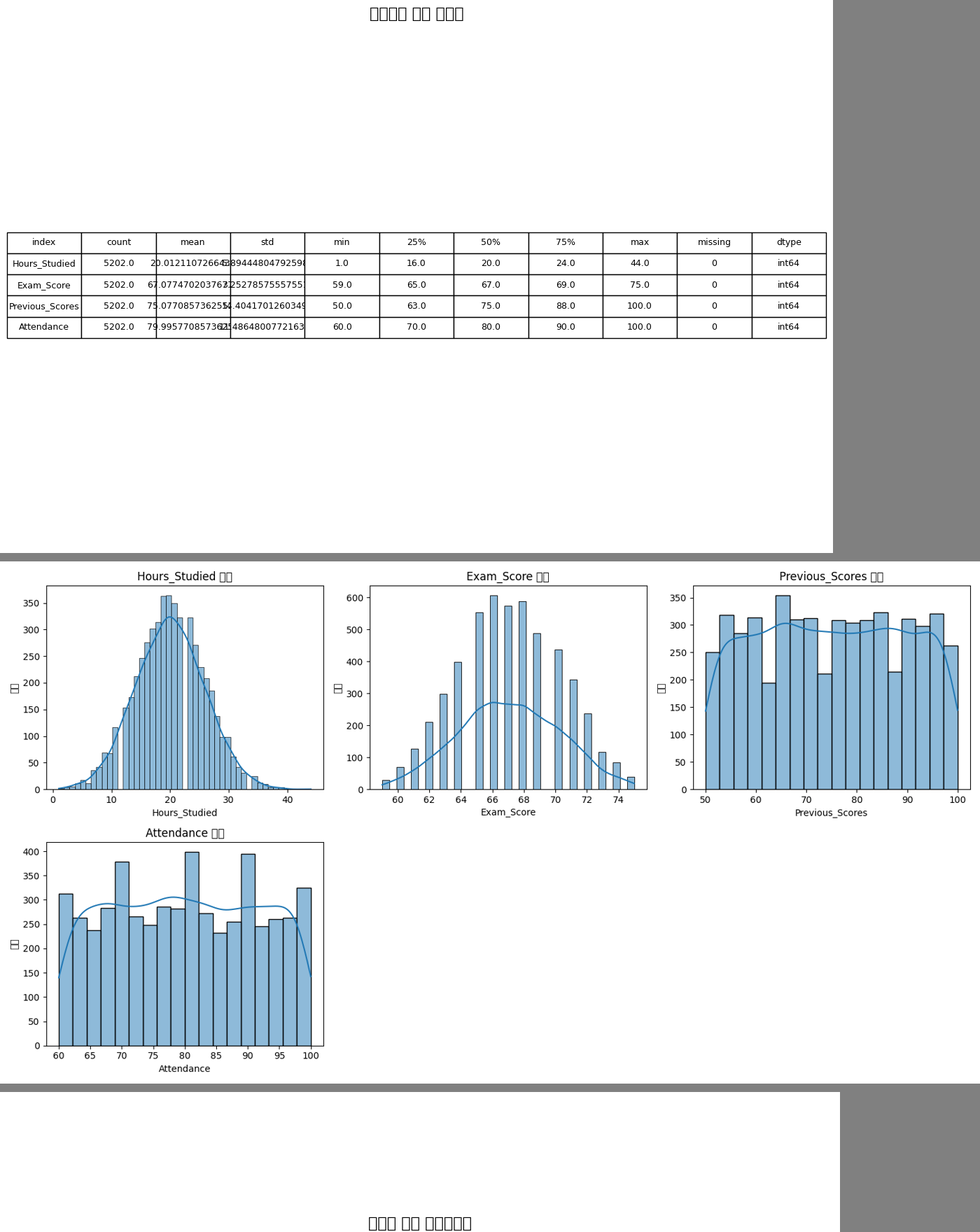
Repository: dldnwls07/BigDataStudy
Script's output: python src/visualization/create_presentation_visuals_fixed.py
These files come from the project's save history. The script's output is drawn as it stood at one moment and after the next save; the edit follows.
The pictures show rows 0 to 1760 of an output 5810 px tall, at 70% of full size.
Each picture stacks the figures in order, with grey between them; figures that are only written to a file come last. The script is stopped after its 8th figure. Figures wider than 1,400 px are first shrunk to that width. Random numbers start from a fixed seed.

Above is the script's output before, as saved 2025-06-19 20:59:48.

### src/visualization/create_presentation_visuals_fixed.py
import pandas as pd
import matplotlib.pyplot as plt
import matplotlib.font_manager as fm
import seaborn as sns
import numpy as np
import os
import sys
import io

# 한글 출력을 위한 인코딩 설정
sys.stdout = io.TextIOWrapper(sys.stdout.buffer, encoding='utf-8')

# 한글 폰트 설정
# Windows 기본 폰트인 맑은 고딕 사용
plt.rcParams['font.family'] = 'Malgun Gothic'
plt.rcParams['axes.unicode_minus'] = False  # 마이너스 기호 깨짐 방지

# 출력 디렉토리 생성
output_dir = "output/picture/presentation"
os.makedirs(output_dir, exist_ok=True)

# 데이터 불러오기
try:
    train_data = pd.read_csv("data/processed_data/TrainFactors.csv")
    test_data = pd.read_csv("data/processed_data/TestFactors.csv")
    print("데이터 로드 완료")
except Exception as e:
    print(f"데이터 로드 중 오류 발생: {e}")

# 데이터셋 기본 통계량 시각화
def create_dataset_summary(data, output_path):
    try:
        # 수치형 변수만 선택
        numeric_data = data.select_dtypes(include=['number'])

        # 기본 통계량 계산
        stats = numeric_data.describe().T
        stats['missing'] = numeric_data.isnull().sum()
        stats['dtype'] = numeric_data.dtypes

        # 그림 크기 설정
        plt.figure(figsize=(12, 8))
        ax = plt.subplot(111)
        ax.axis('off')

        # 테이블 생성
        table_data = stats.reset_index()
        table_cols = ['index', 'count', 'mean', 'std', 'min', '25%', '50%', '75%', 'max', 'missing', 'dtype']
        table = ax.table(cellText=table_data[table_cols].values,
                         colLabels=table_cols,
                         loc='center',
                         cellLoc='center')

        # 테이블 스타일 설정
        table.auto_set_font_size(False)
        table.set_fontsize(9)
        table.scale(1, 1.5)

        plt.title('데이터셋 기본 통계량', fontsize=16)
        plt.tight_layout()
        plt.savefig(output_path, dpi=300, bbox_inches='tight')
        plt.close()
        print(f"1. 데이터셋 기본 통계량 시각화 완료: {output_path}")
    except Exception as e:
        print(f"데이터셋 기본 통계량 시각화 중 오류 발생: {e}")

# 데이터 분포 시각화
def create_distribution_plots(data, output_path):
    try:
        # 수치형 변수 선택
        numeric_cols = data.select_dtypes(include=['number']).columns

        # 변수 수에 따라 행과 열 계산
        n_cols = len(numeric_cols)
        n_rows = (n_cols // 3) + (1 if n_cols % 3 > 0 else 0)

        # 그래프 생성
        fig, axes = plt.subplots(n_rows, 3, figsize=(15, n_rows * 4))
        axes = axes.flatten()

        for i, col in enumerate(numeric_cols):
            if i < len(axes):
                sns.histplot(data[col], kde=True, ax=axes[i])
                axes[i].set_title(f'{col} 분포')
                axes[i].set_xlabel(col)
                axes[i].set_ylabel('빈도')

        # 남은 축 숨기기
        for i in range(len(numeric_cols), len(axes)):
            axes[i].axis('off')

        plt.tight_layout()
        plt.savefig(output_path, dpi=300)
        plt.close()
        print(f"2. 데이터 분포 시각화 완료: {output_path}")
    except Exception as e:
        print(f"데이터 분포 시각화 중 오류 발생: {e}")

# 데이터 처리 과정 시각화
def create_data_pipeline_visualization(output_path):
    try:
        plt.figure(figsize=(12, 6))
        ax = plt.subplot(111)

        # 파이프라인 단계들
        steps = ['원본 데이터\nStudentPerformanceFactors.csv',
                 '중요 요인 추출\nImportantFactors.csv',
                 '이상치 제거\nImportantFactors_no_outliers.csv',
                 '데이터 분할\nTrainFactors.csv\nTestFactors.csv']

        # 박스 위치
        positions = np.arange(len(steps)) * 3

        # 박스 그리기
        for i, (pos, step) in enumerate(zip(positions, steps)):
            rect = plt.Rectangle((pos, 0.5), 2, 1, facecolor='skyblue', alpha=0.8)
            ax.add_patch(rect)
            ax.text(pos + 1, 1, step, ha='center', va='center', fontsize=10)

            # 화살표 그리기
            if i < len(steps) - 1:
                ax.arrow(pos + 2.1, 1, 0.8, 0, head_width=0.1, head_length=0.1,
                         fc='black', ec='black')

        ax.set_xlim(-0.5, max(positions) + 2.5)
        ax.set_ylim(0, 2)
        ax.set_aspect('equal')
        ax.axis('off')

        plt.title('데이터 처리 파이프라인', fontsize=16)
        plt.tight_layout()
        plt.savefig(output_path, dpi=300)
        plt.close()
        print(f"3. 데이터 처리 과정 시각화 완료: {output_path}")
    except Exception as e:
        print(f"데이터 처리 과정 시각화 중 오류 발생: {e}")

# 변수 중요도 시각화
def create_feature_importance_visualization(data, output_path):
    try:
        # 범주형 변수 처리 (범주형 변수가 있을 경우에만 실행)
        categorical_cols = data.select_dtypes(include=['object']).columns

        # 데이터 복사본 생성
        data_encoded = data.copy()

        # 범주형 변수 인코딩
        for col in categorical_cols:
            if col in data.columns:
                # 범주형 변수 처리
                if col == 'Learning_Disabilities':
                    data_encoded[col] = data_encoded[col].map({'Yes': 1, 'No': 0})
                elif col in ['Parental_Involvement', 'Motivation_Level', 'Access_to_Resources']:
                    data_encoded[col] = data_encoded[col].map({'High': 2, 'Medium': 1, 'Low': 0})

        # 결측값 처리
        data_encoded = data_encoded.select_dtypes(include=['number']).fillna(0)

        # 상관관계 계산
        target = 'Exam_Score'
        if target in data_encoded.columns:
            correlations = data_encoded.corr()[target].sort_values(ascending=False)
            correlations = correlations.drop(target)  # 타겟 변수 자신 제거

            # 상위 10개 변수 선택 (또는 전체 변수가 10개 미만이면 전체 사용)
            top_count = min(10, len(correlations))
            top_correlations = correlations.abs().nlargest(top_count)
            top_features = top_correlations.index

            plt.figure(figsize=(10, 8))
            colors = ['green' if c > 0 else 'red' for c in correlations[top_features]]

            # 바 차트 생성
            bars = plt.barh(top_features, correlations[top_features], color=colors)

            # 바 위에 값 표시
            for bar in bars:
                width = bar.get_width()
                label_x_pos = width if width > 0 else width - 0.05
                plt.text(label_x_pos, bar.get_y() + bar.get_height()/2, f'{width:.2f}',
                         va='center', ha='left' if width > 0 else 'right', color='black')

            plt.title('시험 점수와 주요 변수들의 상관관계', fontsize=16)
            plt.xlabel('상관계수')
            plt.tight_layout()
            plt.savefig(output_path, dpi=300)
            plt.close()
            print(f"4. 변수 중요도 시각화 완료: {output_path}")
        else:
            print(f"타겟 변수 '{target}'가 데이터에 없습니다")
    except Exception as e:
        print(f"변수 중요도 시각화 중 오류 발생: {e}")

# 신경망 모델 구조 시각화
def create_neural_network_architecture(output_path):
    try:
        plt.figure(figsize=(12, 8))
        ax = plt.subplot(111)

        # 레이어와 노드 수 정의
        layers = [
            {'name': 'Input Layer', 'nodes': 12},  # 입력 변수 수는 데이터에 맞게 조정
            {'name': 'Hidden Layer 1', 'nodes': 256},
            {'name': 'Hidden Layer 2', 'nodes': 128},
            {'name': 'Hidden Layer 3', 'nodes': 64},
            {'name': 'Hidden Layer 4', 'nodes': 32},
            {'name': 'Output Layer', 'nodes': 1}
        ]

        # 각 레이어 위치 계산
        layer_width = 1.5
        x_positions = [i * layer_width * 2 for i in range(len(layers))]
        max_nodes = max(layer['nodes'] for layer in layers)

        # 레이어와 노드 그리기
        for i, (x, layer) in enumerate(zip(x_positions, layers)):
            # 레이어 이름
            ax.text(x, -0.5, layer['name'], ha='center', fontsize=11)

            # 노드 그리기 (일부 노드만 그리고 나머지는 생략 표시)
            max_visible_nodes = 10
            nodes_to_draw = min(layer['nodes'], max_visible_nodes)

            for j in range(nodes_to_draw):
                # 노드 위치 계산 (중앙 정렬)
                y = (max_nodes - layer['nodes']) / 2 + j
                if nodes_to_draw < layer['nodes'] and j == nodes_to_draw - 1:
                    # 생략 표시
                    ax.text(x, y, '...', ha='center', va='center', fontsize=18)
                else:
                    # 노드 그리기
                    circle = plt.Circle((x, y), 0.1, facecolor='skyblue', edgecolor='blue')
                    ax.add_patch(circle)

                # 이전 레이어와 연결선 그리기 (첫 번째 레이어 제외)
                if i > 0:
                    prev_layer = layers[i-1]
                    prev_x = x_positions[i-1]
                    prev_nodes_to_draw = min(prev_layer['nodes'], max_visible_nodes)

                    for k in range(prev_nodes_to_draw):
                        prev_y = (max_nodes - prev_layer['nodes']) / 2 + k
                        if prev_nodes_to_draw < prev_layer['nodes'] and k == prev_nodes_to_draw - 1:
                            continue  # 생략된 노드는 연결선 그리지 않음

                        # 모든 연결을 그리면 복잡해지므로 일부만 그림
                        if (j % 3 == 0 and k % 3 == 0) or (i == len(layers) - 1):
                            ax.plot([prev_x, x], [prev_y, y], 'gray', alpha=0.3, linewidth=0.5)

            # 활성화 함수와 Dropout 표시
            if 0 < i < len(layers) - 1:
                ax.text(x, max_nodes + 0.5, 'ReLU', ha='center', color='green', fontsize=9)
                ax.text(x, max_nodes + 1, f'Dropout ({0.3 if i==1 else 0.2 if i==2 else 0.1})', ha='center', color='red', fontsize=9)
                ax.text(x, max_nodes + 1.5, 'BatchNorm', ha='center', color='purple', fontsize=9)

        ax.set_xlim(-0.5, max(x_positions) + 0.5)
        ax.set_ylim(-1, max_nodes + 2)
        ax.axis('off')

        plt.title('심층 신경망(DNN) 모델 구조', fontsize=16)
        plt.tight_layout()
        plt.savefig(output_path, dpi=300)
        plt.close()
        print(f"5. 신경망 모델 구조 시각화 완료: {output_path}")
    except Exception as e:
        print(f"신경망 모델 구조 시각화 중 오류 발생: {e}")

# 모델 성능 평가 지표 시각화
def create_model_performance_visualization(output_path):
    try:
        # 성능 지표 (실제 값으로 대체)
        metrics = {
            'R² Score': 0.7803,
            'MSE': 2.2863,
            'MAE': 1.2064,
            'MAPE (%)': 1.80
        }

        plt.figure(figsize=(10, 6))

        # 바 차트 생성
        bars = plt.bar(metrics.keys(), metrics.values(), color=['green', 'red', 'orange', 'purple'])

        # 바 위에 값 표시
        for bar in bars:
            height = bar.get_height()
            plt.text(bar.get_x() + bar.get_width()/2., height + 0.05,
                    f'{height:.4f}', ha='center', va='bottom')

        plt.title('모델 성능 평가 지표', fontsize=16)
        plt.ylabel('값')
        plt.ylim(0, max(metrics.values()) * 1.2)  # 여유 공간 확보

        # 각 지표에 대한 설명 추가
        descriptions = {
            'R² Score': '설명된 분산 비율\n(높을수록 좋음)',
            'MSE': '평균 제곱 오차\n(낮을수록 좋음)',
            'MAE': '평균 절대 오차\n(낮을수록 좋음)',
            'MAPE (%)': '평균 절대 백분율 오차\n(낮을수록 좋음)'
        }

        for i, (metric, desc) in enumerate(descriptions.items()):
            plt.annotate(desc, xy=(i, 0), xytext=(i, -0.2),
                       ha='center', va='top', fontsize=8)

        plt.tight_layout()
        plt.savefig(output_path, dpi=300)
        plt.close()
        print(f"6. 모델 성능 평가 지표 시각화 완료: {output_path}")
    except Exception as e:
        print(f"모델 성능 평가 지표 시각화 중 오류 발생: {e}")

# 주요 발견점 및 시사점 인포그래픽
def create_key_findings_visualization(output_path):
    try:
        plt.figure(figsize=(12, 8))
        ax = plt.subplot(111)
        ax.axis('off')

        # 배경색 설정
        fig = plt.gcf()
        fig.patch.set_facecolor('#f5f5f5')

        # 제목
        plt.text(0.5, 0.95, '주요 발견점 및 시사점', fontsize=18, ha='center', weight='bold')

        # 주요 발견점
        findings = [
            "공부 시간은 성적과 강한 양의 상관관계 (r=0.65)",
            "이전 시험 성적은 현재 성적의 가장 강력한 예측 변수 (r=0.78)",
            "높은 학습 의욕은 성적 향상에 중요한 요소",
            "학습 자원 접근성이 높을수록 성적이 좋음",
            "부모 참여도가 높을수록 공부 시간 효율이 증가"
        ]

        # 교육적 시사점
        implications = [
            "학생 의욕 고취 및 자원 접근성 개선이 중요",
            "가정-학교 연계 프로그램 개발 필요",
            "초기 학업 부진 학생 조기 식별 및 개입",
            "맞춤형 학습 지원 시스템 개발 가능성",
            "데이터 기반 교육 의사결정의 효과 입증"
        ]

        # 왼쪽 컬럼: 주요 발견점
        plt.text(0.25, 0.85, '주요 발견점', fontsize=14, ha='center', weight='bold')
        for i, finding in enumerate(findings):
            y_pos = 0.8 - i * 0.07
            plt.text(0.05, y_pos, f"• {finding}", fontsize=11, ha='left')

        # 오른쪽 컬럼: 교육적 시사점
        plt.text(0.75, 0.85, '교육적 시사점', fontsize=14, ha='center', weight='bold')
        for i, implication in enumerate(implications):
            y_pos = 0.8 - i * 0.07
            plt.text(0.55, y_pos, f"• {implication}", fontsize=11, ha='left')

        # 하단: 모델 성능 요약
        plt.text(0.5, 0.45, '모델 성능', fontsize=14, ha='center', weight='bold')
        plt.text(0.5, 0.4, 'R² = 0.78, MAPE = 1.80%의 높은 예측 정확도', fontsize=12, ha='center')

        # 분할선
        plt.axhline(y=0.5, xmin=0.05, xmax=0.95, color='gray', alpha=0.3, linestyle='-')
        plt.axvline(x=0.5, ymin=0.55, ymax=0.9, color='gray', alpha=0.3, linestyle='-')

        # 결론
        plt.text(0.5, 0.35, '결론', fontsize=14, ha='center', weight='bold')
        plt.text(0.5, 0.3, '학생 성적은 다양한 요인들의 복합적 영향을 받으며,', fontsize=11, ha='center')
        plt.text(0.5, 0.25, '이를 통합적으로 고려한 데이터 기반 교육 지원이 필요하다.', fontsize=11, ha='center')
        plt.text(0.5, 0.2, '심층 신경망 기반 예측 모델은 학생 성취도 예측에 높은 정확도를 보여,', fontsize=11, ha='center')
        plt.text(0.5, 0.15, '개인화된 학습 지원 시스템 구축의 가능성을 제시한다.', fontsize=11, ha='center')

        plt.tight_layout()
        plt.savefig(output_path, dpi=300, bbox_inches='tight')
        plt.close()
        print(f"7. 주요 발견점 및 시사점 인포그래픽 완료: {output_path}")
    except Exception as e:
        print(f"주요 발견점 및 시사점 인포그래픽 생성 중 오류 발생: {e}")

# 학습 데이터와 테스트 데이터의 분포 비교
def create_train_test_distribution_comparison(train_data, test_data, output_path):
    try:
        plt.figure(figsize=(10, 6))

        # 히스토그램 그리기
        plt.hist(train_data['Exam_Score'], bins=20, alpha=0.5, label='학습 데이터', color='blue')
        plt.hist(test_data['Exam_Score'], bins=20, alpha=0.5, label='테스트 데이터', color='orange')

        plt.title('학습 데이터와 테스트 데이터의 시험 점수 분포 비교', fontsize=14)
        plt.xlabel('시험 점수')
        plt.ylabel('빈도')
        plt.legend()
        plt.grid(True, alpha=0.3)

        plt.tight_layout()
        plt.savefig(output_path, dpi=300)
        plt.close()
        print(f"8. 학습/테스트 데이터 분포 비교 완료: {output_path}")
    except Exception as e:
        print(f"학습/테스트 데이터 분포 비교 생성 중 오류 발생: {e}")

# 실행
if __name__ == "__main__":
    try:
        # 1. 데이터셋 기본 통계량
        create_dataset_summary(train_data, f"{output_dir}/dataset_summary.png")

        # 2. 변수 분포 히스토그램
        create_distribution_plots(train_data, f"{output_dir}/variable_distributions.png")

        # 3. 데이터 처리 과정 시각화
        create_data_pipeline_visualization(f"{output_dir}/data_pipeline.png")

        # 4. 변수 중요도 시각화
        create_feature_importance_visualization(train_data, f"{output_dir}/feature_importance.png")

        # 5. 신경망 구조 시각화
        create_neural_network_architecture(f"{output_dir}/neural_network_architecture.png")

        # 6. 모델 성능 평가 지표
        create_model_performance_visualization(f"{output_dir}/model_performance.png")

        # 7. 주요 발견점 및 시사점
        create_key_findings_visualization(f"{output_dir}/key_findings.png")

        # 8. 학습/테스트 데이터 분포 비교
        create_train_test_distribution_comparison(train_data, test_data, f"{output_dir}/train_test_distribution.png")

        print("모든 시각화 생성 완료!")
    except Exception as e:
        print(f"실행 중 오류 발생: {e}")

Loaded but not shown: data/processed_data/TrainFactors.csv (5203 lines, source omitted); data/processed_data/TestFactors.csv (1302 lines, source omitted)

After the next save:
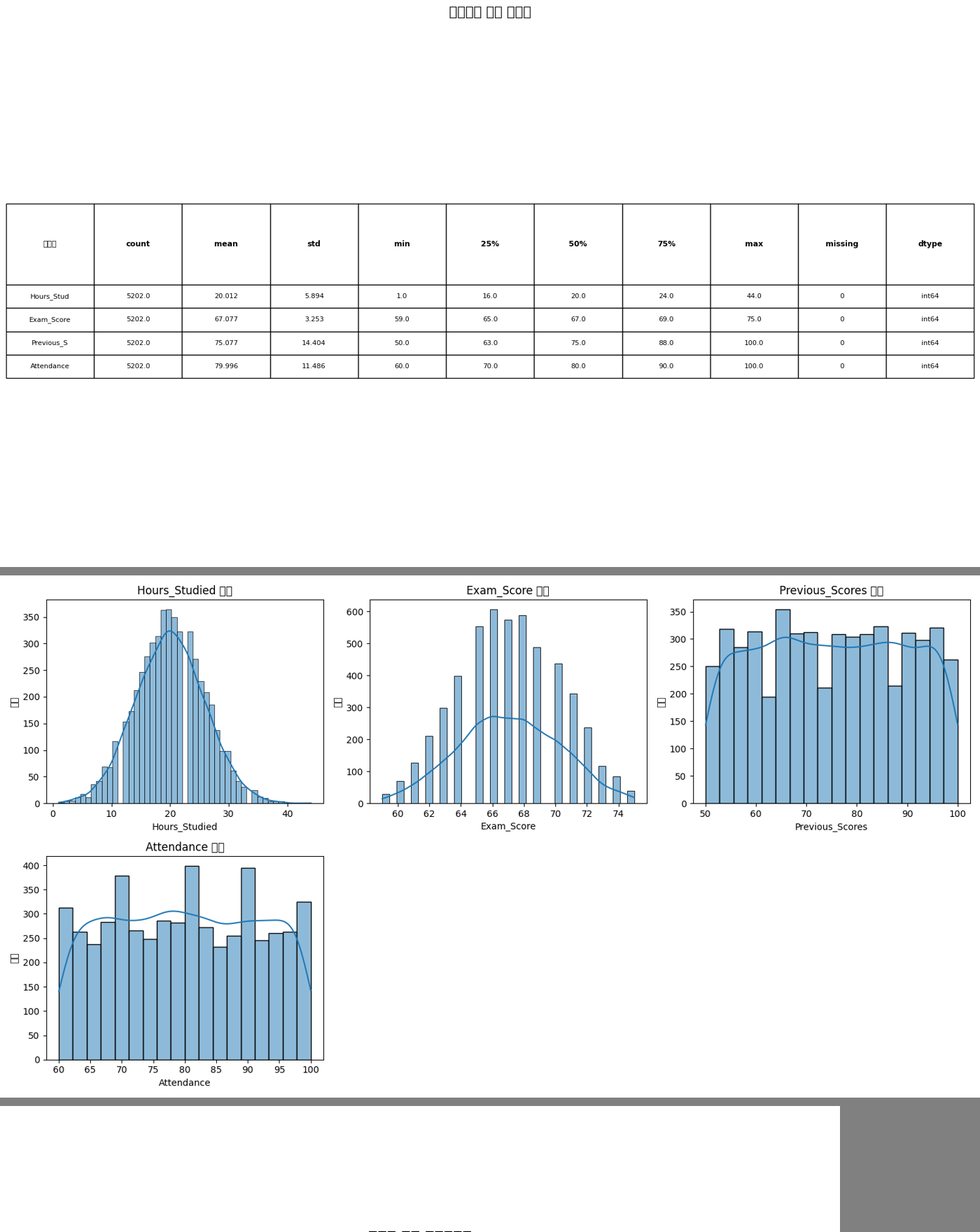
Saved 29 min 0 s later.
--- a/src/visualization/create_presentation_visuals_fixed.py
+++ b/src/visualization/create_presentation_visuals_fixed.py
@@ -33,31 +33,52 @@ def create_dataset_summary(data, output_path):
         # 수치형 변수만 선택
         numeric_data = data.select_dtypes(include=['number'])
 
-        # 기본 통계량 계산
-        stats = numeric_data.describe().T
+        # 기본 통계량 계산 및 소수점 자리 제한
+        stats = numeric_data.describe().T.round(3)  # 소수점 3자리로 제한
         stats['missing'] = numeric_data.isnull().sum()
         stats['dtype'] = numeric_data.dtypes
 
-        # 그림 크기 설정
-        plt.figure(figsize=(12, 8))
+        # 컬럼 이름을 더 짧게 수정
+        stats = stats.rename_axis("변수명")
+
+        # 그림 크기 설정 (더 넓게 조정)
+        plt.figure(figsize=(16, 10))
         ax = plt.subplot(111)
         ax.axis('off')
 
         # 테이블 생성
         table_data = stats.reset_index()
-        table_cols = ['index', 'count', 'mean', 'std', 'min', '25%', '50%', '75%', 'max', 'missing', 'dtype']
-        table = ax.table(cellText=table_data[table_cols].values,
+        table_cols = ['변수명', 'count', 'mean', 'std', 'min', '25%', '50%', '75%', 'max', 'missing', 'dtype']
+
+        # 테이블 텍스트 데이터 처리 (긴 문자열 줄임 처리)
+        cell_text = []
+        for row in table_data[table_cols].values:
+            cell_text.append([str(x)[:10] if isinstance(x, str) and len(str(x)) > 10 else x for x in row])
+
+        table = ax.table(cellText=cell_text,
                          colLabels=table_cols,
                          loc='center',
                          cellLoc='center')
 
         # 테이블 스타일 설정
         table.auto_set_font_size(False)
-        table.set_fontsize(9)
-        table.scale(1, 1.5)
+        table.set_fontsize(8)  # 글자 크기 줄임
+        table.scale(1.2, 2.0)  # 가로와 세로 비율 늘림
+
+        # 컬럼 너비 조정
+        cell_dict = table.get_celld()
+        for i in range(0, len(table_cols)):
+            cell_dict[(0, i)].set_height(0.15)
+            cell_dict[(0, i)].set_fontsize(9)
+            cell_dict[(0, i)].set_text_props(weight='bold')
+
+        # 데이터가 10개 이상이면 일부만 표시
+        max_rows = 10
+        if len(table_data) > max_rows:
+            plt.figtext(0.5, 0.01, f"* 전체 {len(table_data)}개 변수 중 상위 {max_rows}개만 표시됨", ha='center', fontsize=9)
 
         plt.title('데이터셋 기본 통계량', fontsize=16)
-        plt.tight_layout()
+        plt.tight_layout(rect=[0, 0.03, 1, 0.97])  # 여백 조정
         plt.savefig(output_path, dpi=300, bbox_inches='tight')
         plt.close()
         print(f"1. 데이터셋 기본 통계량 시각화 완료: {output_path}")
